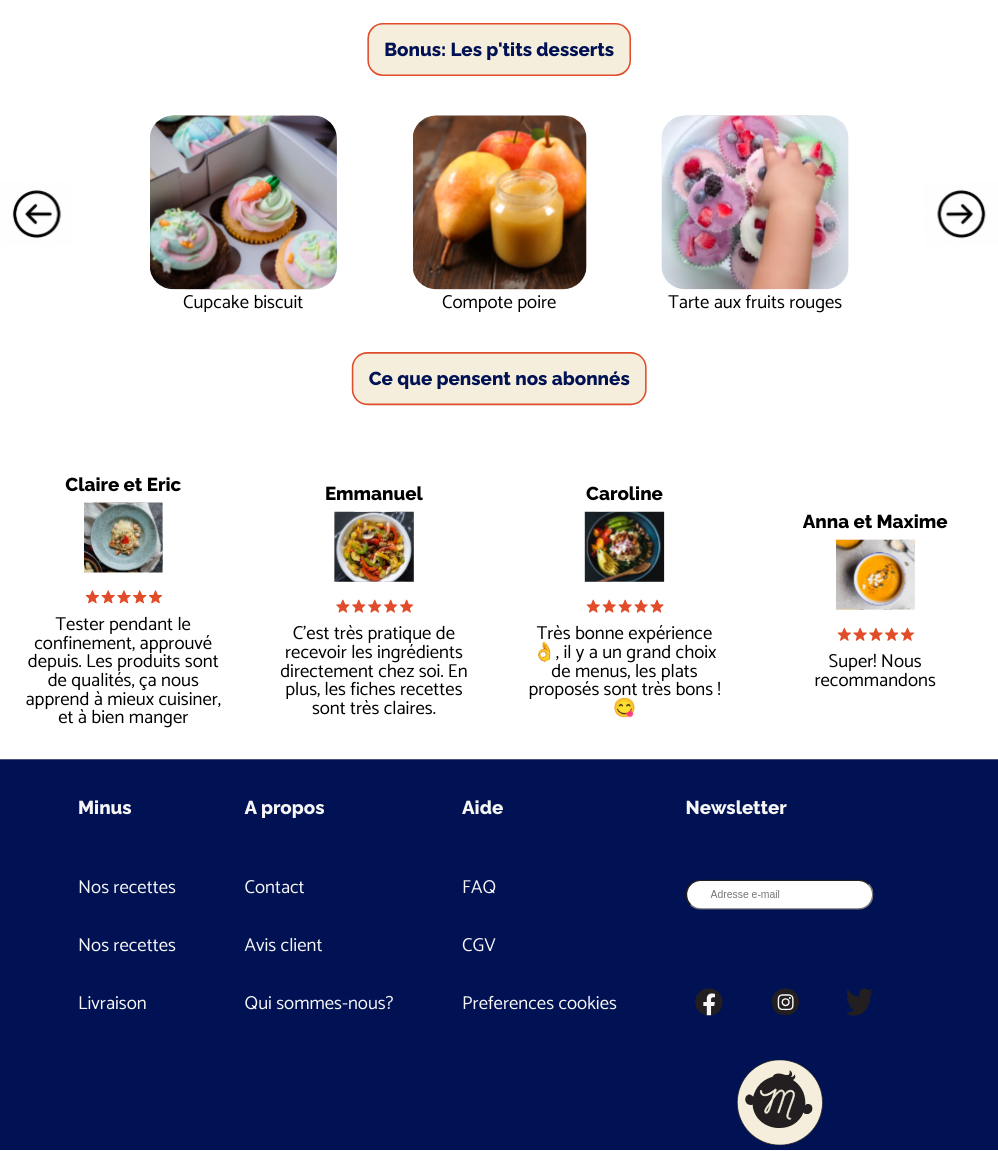
Repository: minus-team7/minus_team7
Page: minus_homepage.html
An editor plug-in stored every save of this project. The page is shown before and after the next save, followed by the edit.
The browser window is 1280 px wide. The pictures show the part of the page from y = 2202 to 3717 px (the page is 3677 px tall before and 3717 px after), at 78% of full size.
A picture or video elsewhere on the page could not be fetched, so the positions and the page height are approximate.

Above is the page before, as saved 2023-02-13 00:24:39.

After the next save:
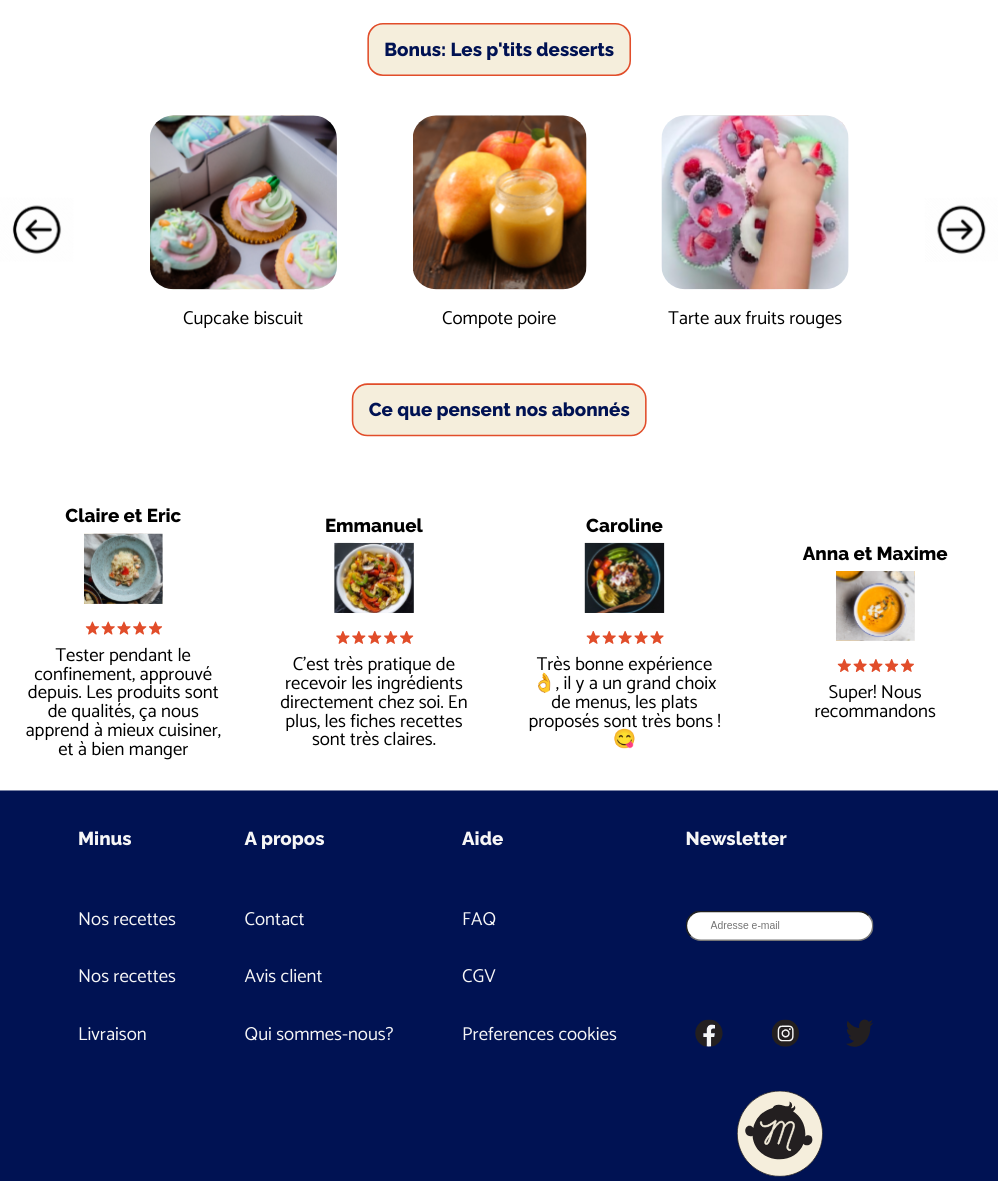
Saved 5 s later.
--- a/minus_homepage.css
+++ b/minus_homepage.css
@@ -84,7 +84,7 @@ h2{
 }
 
 .dessert p{
-    margin: ;
+    margin: 20px 0;
 }
 .nos-avis{
     display: flex;
